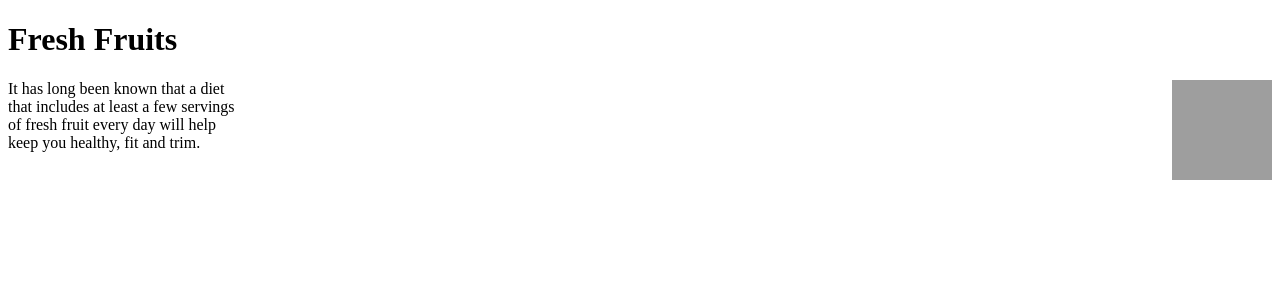
Repository: Helianthusss/Learn-CPP
Page: HTML/lap2/bai1.html
These files come from the project's save history. The page is drawn as it stood at one moment and after the next save; the edit follows.
The browser window is 1280 px wide. The pictures show the whole page.
Pictures or frames that could not be fetched are drawn as grey boxes.

Above is the page before, as saved 2021-09-22 09:39:46.

### HTML/lap2/bai1.html
<!DOCTYPE html>
<html lang="en">
  <head>
    <meta charset="UTF-8" />
    <meta http-equiv="X-UA-Compatible" content="IE=edge" />
    <meta name="viewport" content="width=device-width, initial-scale=1.0" />
    <title>Document</title>
  </head>
  <body>
    <h1>Fresh Fruits</h1>
    <p>
      <img
        src="https://img.lovepik.com/element/40111/3411.png_860.png"
        alt="Fruits"
        width="100"
        height="100"
        align="right"
      />
      It has long been known that a diet<br />
      that includes at least a few servings<br />
      of fresh fruit every day will help<br />
      keep you healthy, fit and trim.
    </p>
  </body>
</html>

After the next save:
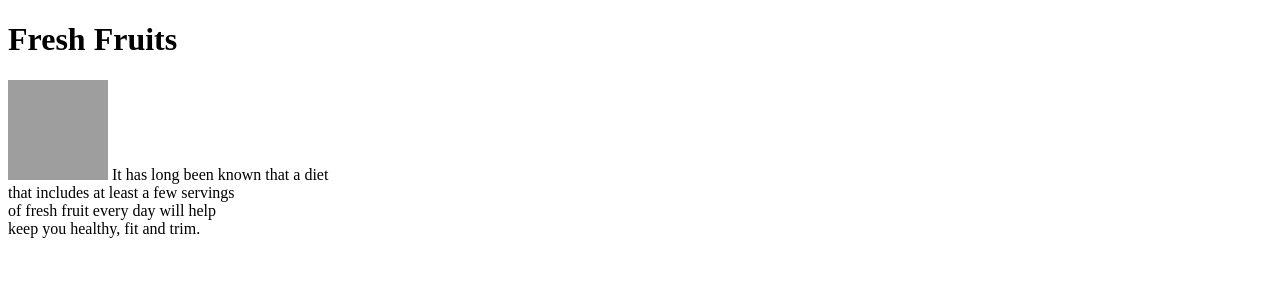
Saved 28 s later.
--- a/HTML/lap2/bai1.html
+++ b/HTML/lap2/bai1.html
@@ -14,7 +14,7 @@
         alt="Fruits"
         width="100"
         height="100"
-        align="right"
+        align="100 right"
       />
       It has long been known that a diet<br />
       that includes at least a few servings<br />

After the 3 saves that followed:
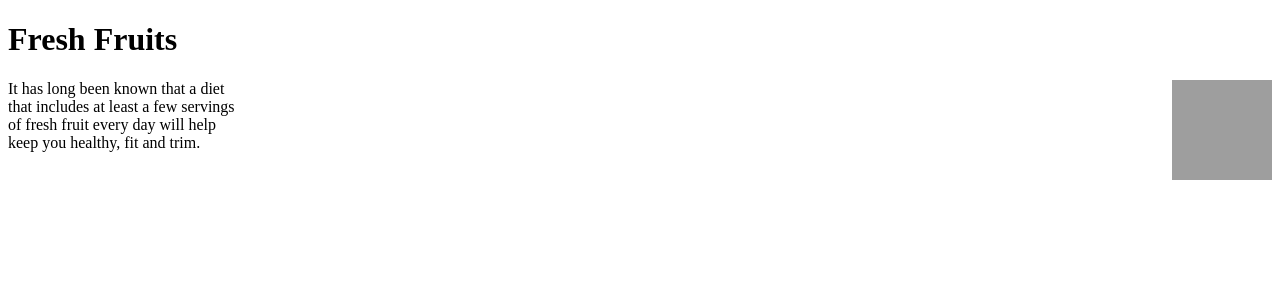
The 3 saves are shown as one change because 2 left the picture as it was.
The last was saved 3 min 10 s later.
--- a/HTML/lap2/bai1.html
+++ b/HTML/lap2/bai1.html
@@ -4,17 +4,23 @@
     <meta charset="UTF-8" />
     <meta http-equiv="X-UA-Compatible" content="IE=edge" />
     <meta name="viewport" content="width=device-width, initial-scale=1.0" />
-    <title>Document</title>
+    <title>FreshFruits</title>
+    <style type="text/css">
+      .img {
+        padding: 100px;
+        margin: 100px;
+      }
+    </style>
   </head>
   <body>
-    <h1>Fresh Fruits</h1>
+    <h1 align="botton">Fresh Fruits</h1>
     <p>
       <img
         src="https://img.lovepik.com/element/40111/3411.png_860.png"
         alt="Fruits"
         width="100"
         height="100"
-        align="100 right"
+        align="right"
       />
       It has long been known that a diet<br />
       that includes at least a few servings<br />
